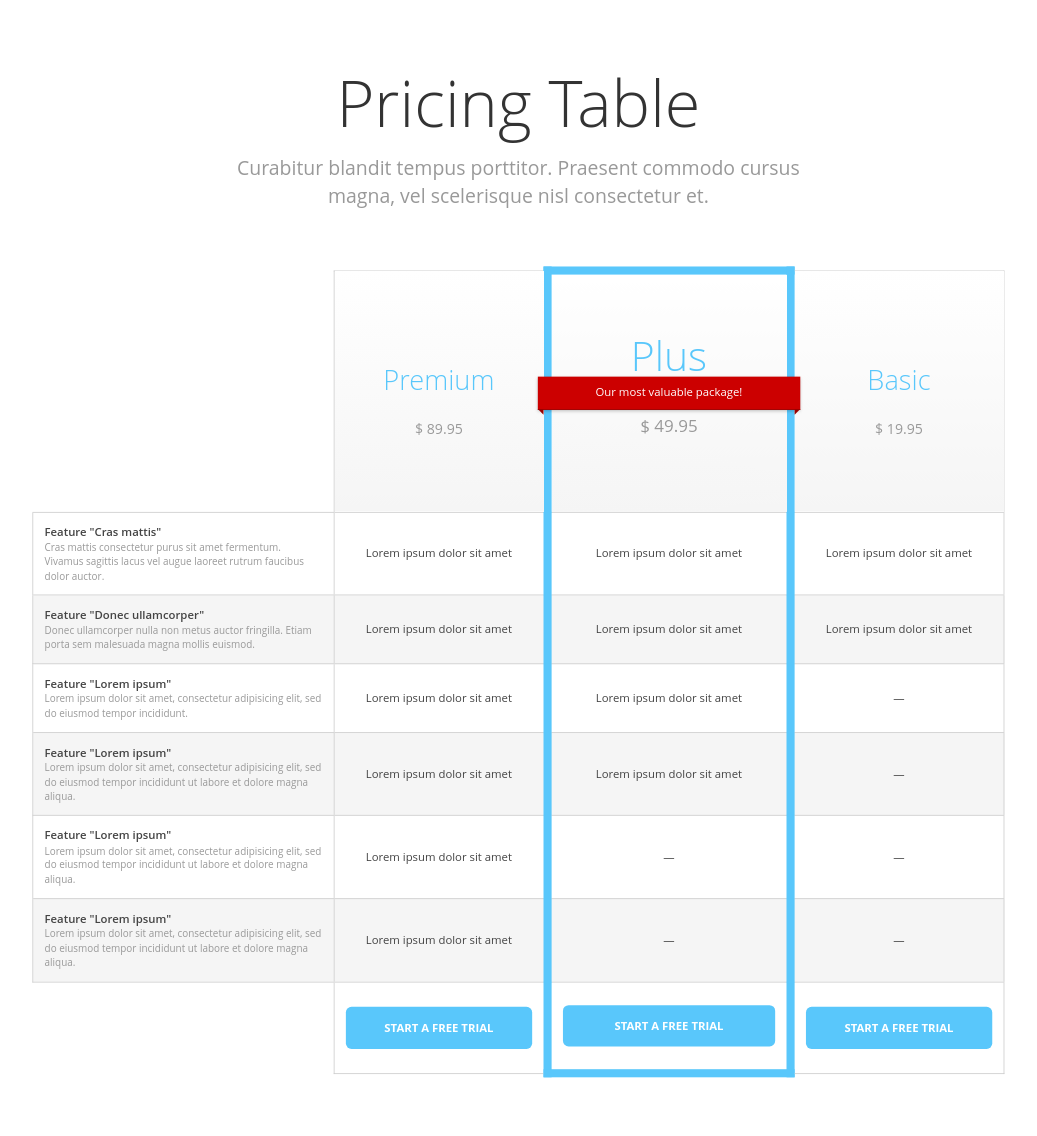
Repository: darlino/gotyu_shopify_section
Page: gotyu_table210223/index.html
The author's editor kept a copy of each file at every save. The page is drawn from the files as they stood at one save, then again after the next save.
The browser window is 1280 px wide. The pictures show the whole page, at 81% of full size.

Above is the page before, as saved 2023-02-21 12:31:35.

After the next save:
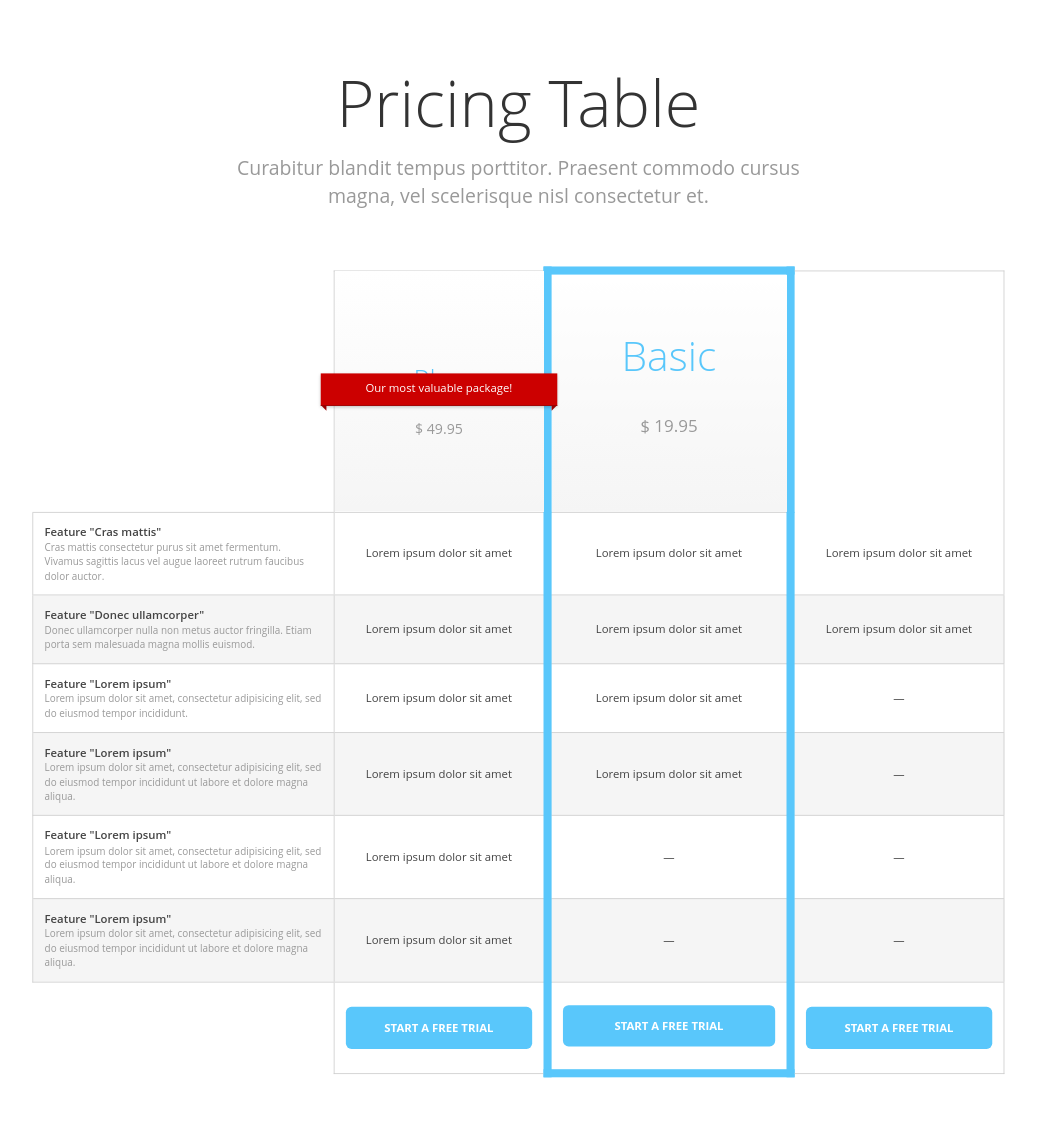
Saved 62 s later.
--- a/gotyu_table210223/index.html
+++ b/gotyu_table210223/index.html
@@ -27,10 +27,7 @@
 	    <thead>
 	    	<tr>
 	    		<th>&nbsp;</th>
-	    		<th>
-	    			<h2>Premium</h2>
-	    			<p>$ 89.95</p>
-	    		</th>
+
 	    		<th>
 	    			<h2>Plus</h2>
 	    			<p>$ 49.95</p>

After the 2 saves that followed:
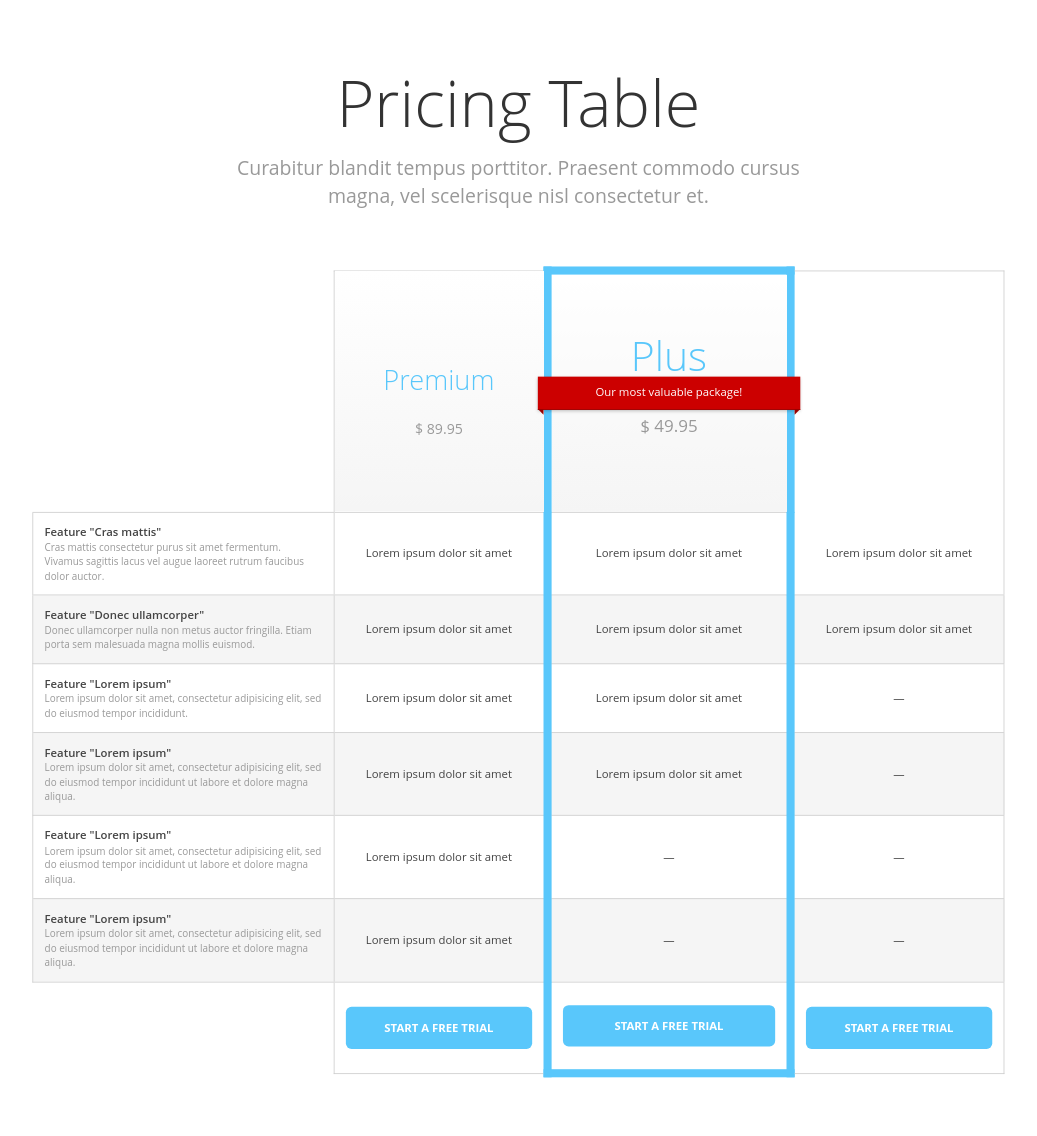
The 2 saves are shown as one change because they came seconds apart.
The last was saved 15 s later.
--- a/gotyu_table210223/index.html
+++ b/gotyu_table210223/index.html
@@ -27,16 +27,16 @@
 	    <thead>
 	    	<tr>
 	    		<th>&nbsp;</th>
-
+	    		<th>
+	    			<h2>Premium</h2>
+	    			<p>$ 89.95</p>
+	    		</th>
 	    		<th>
 	    			<h2>Plus</h2>
 	    			<p>$ 49.95</p>
 	    			<p class="promo">Our most valuable package!</p>
 	    		</th>
-	    		<th>
-	    			<h2>Basic</h2>
-	    			<p>$ 19.95</p>
-	    		</th>
+
 	    	</tr>
 	    </thead>
 
